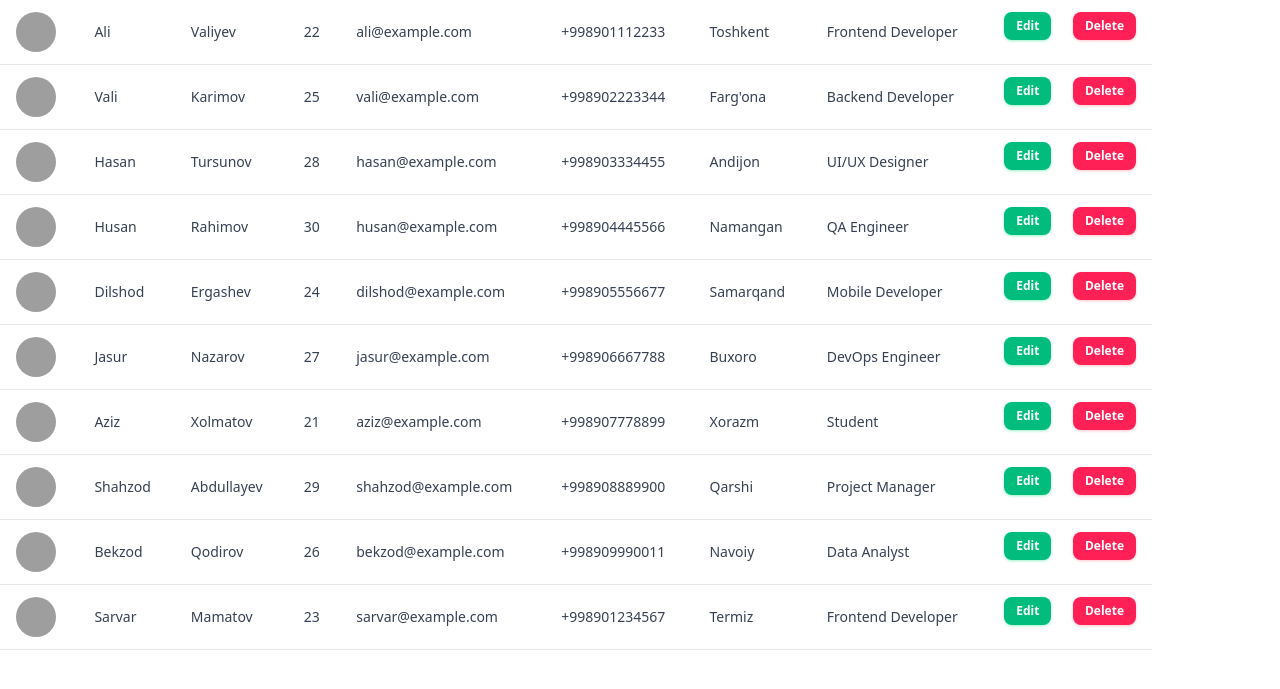
Repository: jamboy008/useformik
Page: /
The author's editor kept a copy of each file at every save. The page is drawn from the files as they stood at one save, then again after the next save.
The browser window is 1280 px wide. The pictures show the whole page.
Pictures or frames that could not be fetched are drawn as grey boxes. The project was rebuilt for these pictures with package versions that can differ from the ones it lists, and the page was loaded fresh each time. Also part of the build but not shown: vite.config.js.

Above is the page before, as saved 2026-08-11 15:25:02.

### index.html
<!doctype html>
<html lang="en">
  <head>
    <meta charset="UTF-8" />
    <link rel="icon" type="image/svg+xml" href="/favicon.svg" />
    <meta name="viewport" content="width=device-width, initial-scale=1.0" />
    <title>7-11dars</title>
  </head>
  <body>
    <div id="root"></div>
    <script type="module" src="/src/main.jsx"></script>
  </body>
</html>

### src/App.jsx
import React from 'react'
import Table from './components/Table'

function App() {
  return (
    <>
      <Table />
    </>
  )
}

export default App

### src/components/Table.jsx
import React, { useState } from "react";
import { users } from "../data/users";
import Button from "./Button";
import TableRow from "./TableRow";

function Table() {
  let [data, setData] = useState(users);
  function handleDelete(id) {
    setData(data.filter((user) => user.id !== id));
  }
  return (
    <table className="w-[90vw]">
      <thead className="bg-gray-100">

      </thead>
      <tbody>
        {data.map((user)=>(
        <TableRow user={user} key={user.id} handleDelete={handleDelete}/>
        ))}
      </tbody>
    </table>
  );
}

export default Table;

### src/data/users.js
export const users = [
  {
    id: 1,
    firstName: "Ali",
    lastName: "Valiyev",
    age: 22,
    email: "ali@example.com",
    phone: "+998901112233",
    city: "Toshkent",
    profession: "Frontend Developer",
    isMarried: false,
    salary: 1200,
    avatar: "https://i.pravatar.cc/150?img=1",
  },
  {
    id: 2,
    firstName: "Vali",
    lastName: "Karimov",
    age: 25,
    email: "vali@example.com",
    phone: "+998902223344",
    city: "Farg'ona",
    profession: "Backend Developer",
    isMarried: true,
    salary: 1500,
    avatar: "https://i.pravatar.cc/150?img=2",
  },
  {
    id: 3,
    firstName: "Hasan",
    lastName: "Tursunov",
    age: 28,
    email: "hasan@example.com",
    phone: "+998903334455",
    city: "Andijon",
    profession: "UI/UX Designer",
    isMarried: false,
    salary: 1100,
    avatar: "https://i.pravatar.cc/150?img=3",
  },
  {
    id: 4,
    firstName: "Husan",
    lastName: "Rahimov",
    age: 30,
    email: "husan@example.com",
    phone: "+998904445566",
    city: "Namangan",
    profession: "QA Engineer",
    isMarried: true,
    salary: 1300,
    avatar: "https://i.pravatar.cc/150?img=4",
  },
  {
    id: 5,
    firstName: "Dilshod",
    lastName: "Ergashev",
    age: 24,
    email: "dilshod@example.com",
    phone: "+998905556677",
    city: "Samarqand",
    profession: "Mobile Developer",
    isMarried: false,
    salary: 1400,
    avatar: "https://i.pravatar.cc/150?img=5",
  },
  {
    id: 6,
    firstName: "Jasur",
    lastName: "Nazarov",
    age: 27,
    email: "jasur@example.com",
    phone: "+998906667788",
    city: "Buxoro",
    profession: "DevOps Engineer",
    isMarried: true,
    salary: 1800,
    avatar: "https://i.pravatar.cc/150?img=6",
  },
  {
    id: 7,
    firstName: "Aziz",
    lastName: "Xolmatov",
    age: 21,
    email: "aziz@example.com",
    phone: "+998907778899",
    city: "Xorazm",
    profession: "Student",
    isMarried: false,
    salary: 500,
    avatar: "https://i.pravatar.cc/150?img=7",
  },
  {
    id: 8,
    firstName: "Shahzod",
    lastName: "Abdullayev",
    age: 29,
    email: "shahzod@example.com",
    phone: "+998908889900",
    city: "Qarshi",
    profession: "Project Manager",
    isMarried: true,
    salary: 2000,
    avatar: "https://i.pravatar.cc/150?img=8",
  },
  {
    id: 9,
    firstName: "Bekzod",
    lastName: "Qodirov",
    age: 26,
    email: "bekzod@example.com",
    phone: "+998909990011",
    city: "Navoiy",
    profession: "Data Analyst",
    isMarried: false,
    salary: 1600,
    avatar: "https://i.pravatar.cc/150?img=9",
  },
  {
    id: 10,
    firstName: "Sarvar",
    lastName: "Mamatov",
    age: 23,
    email: "sarvar@example.com",
    phone: "+998901234567",
    city: "Termiz",
    profession: "Frontend Developer",
    isMarried: false,
    salary: 1000,
    avatar: "https://i.pravatar.cc/150?img=10",
  },
];

### src/components/Button.jsx
import React from "react";

const variants = {
  // edit ham, secondary ham bir xil yashil rang beradi
  edit: "bg-emerald-500 hover:bg-emerald-600 active:bg-emerald-700 text-white shadow-sm shadow-emerald-200",
  secondary: "bg-emerald-500 hover:bg-emerald-600 active:bg-emerald-700 text-white shadow-sm shadow-emerald-200",

  // delete ham, danger ham bir xil qizil rang beradi
  delete: "bg-rose-500 hover:bg-rose-600 active:bg-rose-700 text-white shadow-sm shadow-rose-200",
  danger: "bg-rose-500 hover:bg-rose-600 active:bg-rose-700 text-white shadow-sm shadow-rose-200",
};

function Button({ text, variant = "edit", onClick, type = "button", ...props }) {
  const baseStyles =
    "inline-flex items-center justify-center px-3 py-1.5 text-xs font-semibold capitalize rounded-lg transition-all duration-200 cursor-pointer focus:outline-none";

  return (
    <button
      type={type}
      onClick={onClick}
      className={`${baseStyles} ${variants[variant] || variants.edit}`}
      {...props}
    >
      {text}
    </button>
  );
}

export default Button;

### src/components/TableRow.jsx
import React from "react";
import Button from "./Button";

function TableRow({ user, handleDelete }) {
  return (
    <tr key={user.id} className="border-b border-gray-200">
      <td className="px-4 py-3 text-sm text-gray-700">
        <img
          src={user.avatar}
          alt={user.firstName}
          className="w-10 h-10 rounded-full"
        />
      </td>
      <td className="px-4 py-3 text-sm text-gray-700">{user.firstName}</td>
      <td className="px-4 py-3 text-sm text-gray-700">{user.lastName}</td>
      <td className="px-4 py-3 text-sm text-gray-700">{user.age}</td>
      <td className="px-4 py-3 text-sm text-gray-700">{user.email}</td>
      <td className="px-4 py-3 text-sm text-gray-700">{user.phone}</td>
      <td className="px-4 py-3 text-sm text-gray-700">{user.city}</td>
      <td className="px-4 py-3 text-sm text-gray-700">{user.profession}</td>
      <td className="px-4 py-3 gap-2 text-center flex items-center justify-between">
        <Button variant={"edit"} text="edit" />
        <Button
          variant={"delete"}
          text={"delete"}
        />
      </td>
    </tr>
  );
}

export default TableRow;

Loaded but not shown: src/main.jsx (common file); src/index.css (common file)

After the next save:
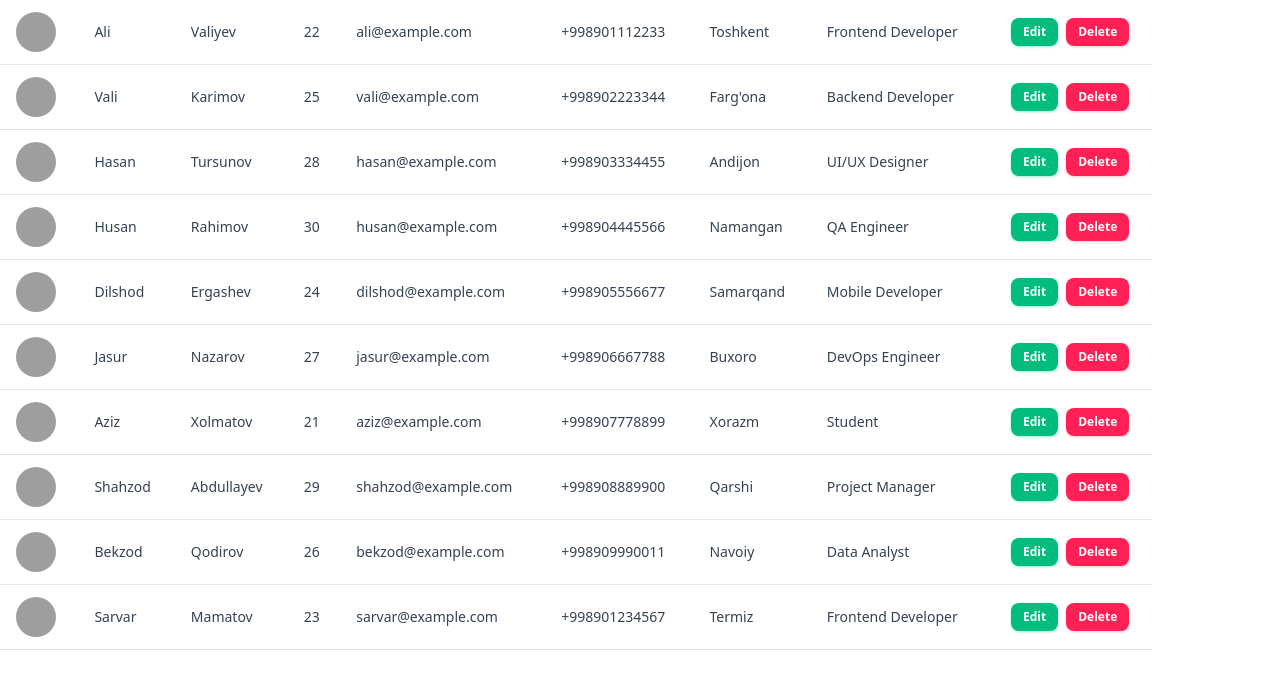
Saved 3 min 14 s later.
--- a/src/components/TableRow.jsx
+++ b/src/components/TableRow.jsx
@@ -1,14 +1,14 @@
 import React from "react";
 import Button from "./Button";
 
-function TableRow({ user, handleDelete }) {
+function TableRow({ user, handleDelete, handleEdit }) {
   return (
-    <tr key={user.id} className="border-b border-gray-200">
+    <tr className="border-b border-gray-200 hover:bg-gray-50">
       <td className="px-4 py-3 text-sm text-gray-700">
         <img
           src={user.avatar}
           alt={user.firstName}
-          className="w-10 h-10 rounded-full"
+          className="w-10 h-10 rounded-full object-cover"
         />
       </td>
       <td className="px-4 py-3 text-sm text-gray-700">{user.firstName}</td>
@@ -18,12 +18,21 @@
       <td className="px-4 py-3 text-sm text-gray-700">{user.phone}</td>
       <td className="px-4 py-3 text-sm text-gray-700">{user.city}</td>
       <td className="px-4 py-3 text-sm text-gray-700">{user.profession}</td>
-      <td className="px-4 py-3 gap-2 text-center flex items-center justify-between">
-        <Button variant={"edit"} text="edit" />
-        <Button
-          variant={"delete"}
-          text={"delete"}
-        />
+
+      {/* Tugmalar joylashgan joy */}
+      <td className="px-4 py-3">
+        <div className="flex items-center justify-center gap-2">
+          <Button
+            variant="edit"
+            text="edit"
+            onClick={() => handleEdit(user)}
+          />
+          <Button
+            variant="delete"
+            text="delete"
+            onClick={() => handleDelete(user.id)}
+          />
+        </div>
       </td>
     </tr>
   );

After the save that followed:
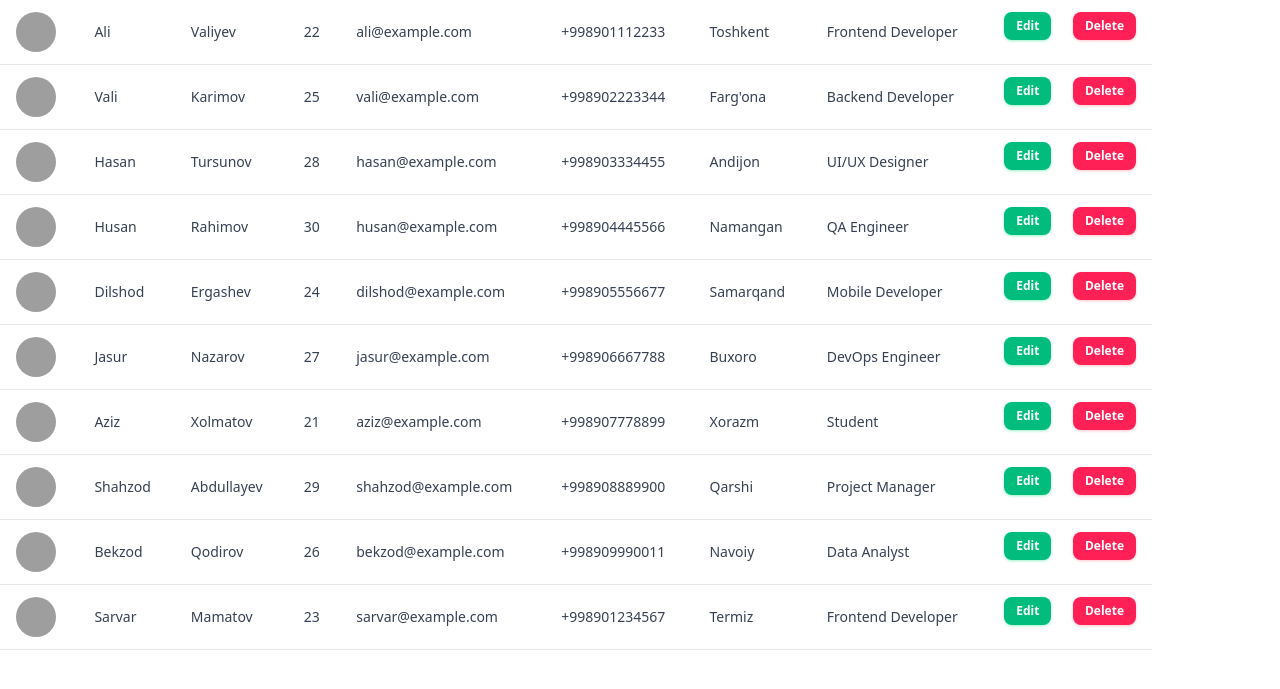
Saved 78 s later.
--- a/src/components/TableRow.jsx
+++ b/src/components/TableRow.jsx
@@ -1,14 +1,14 @@
 import React from "react";
 import Button from "./Button";
 
-function TableRow({ user, handleDelete, handleEdit }) {
+function TableRow({ user, handleDelete }) {
   return (
-    <tr className="border-b border-gray-200 hover:bg-gray-50">
+    <tr key={user.id} className="border-b border-gray-200">
       <td className="px-4 py-3 text-sm text-gray-700">
         <img
           src={user.avatar}
           alt={user.firstName}
-          className="w-10 h-10 rounded-full object-cover"
+          className="w-10 h-10 rounded-full"
         />
       </td>
       <td className="px-4 py-3 text-sm text-gray-700">{user.firstName}</td>
@@ -18,21 +18,12 @@
       <td className="px-4 py-3 text-sm text-gray-700">{user.phone}</td>
       <td className="px-4 py-3 text-sm text-gray-700">{user.city}</td>
       <td className="px-4 py-3 text-sm text-gray-700">{user.profession}</td>
-
-      {/* Tugmalar joylashgan joy */}
-      <td className="px-4 py-3">
-        <div className="flex items-center justify-center gap-2">
-          <Button
-            variant="edit"
-            text="edit"
-            onClick={() => handleEdit(user)}
-          />
-          <Button
-            variant="delete"
-            text="delete"
-            onClick={() => handleDelete(user.id)}
-          />
-        </div>
+      <td className="px-4 py-3 gap-2 text-center flex items-center justify-between">
+        <Button variant={"edit"} text="edit" />
+        <Button
+          variant={"delete"}
+          text={"delete"}
+        />
       </td>
     </tr>
   );
